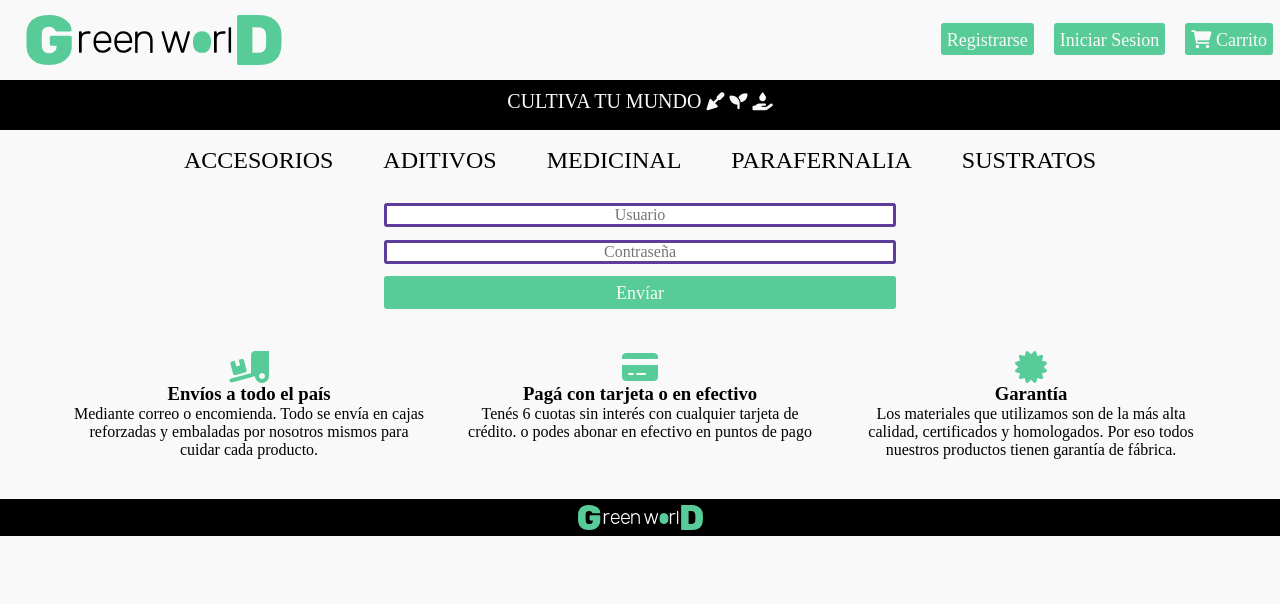
Repository: francoG98/grupo_9_Green_World
Page: source/views/login.html
These files come from the project's save history. The page is drawn as it stood at one moment and after the next save; the edit follows.
The browser window is 1280 px wide. The pictures show the whole page.
Some web fonts or font styles are not loaded; a fallback is used. Some web libraries are served in a nearby version.

Above is the page before, as saved 2022-06-24 20:32:45.

After the next save:
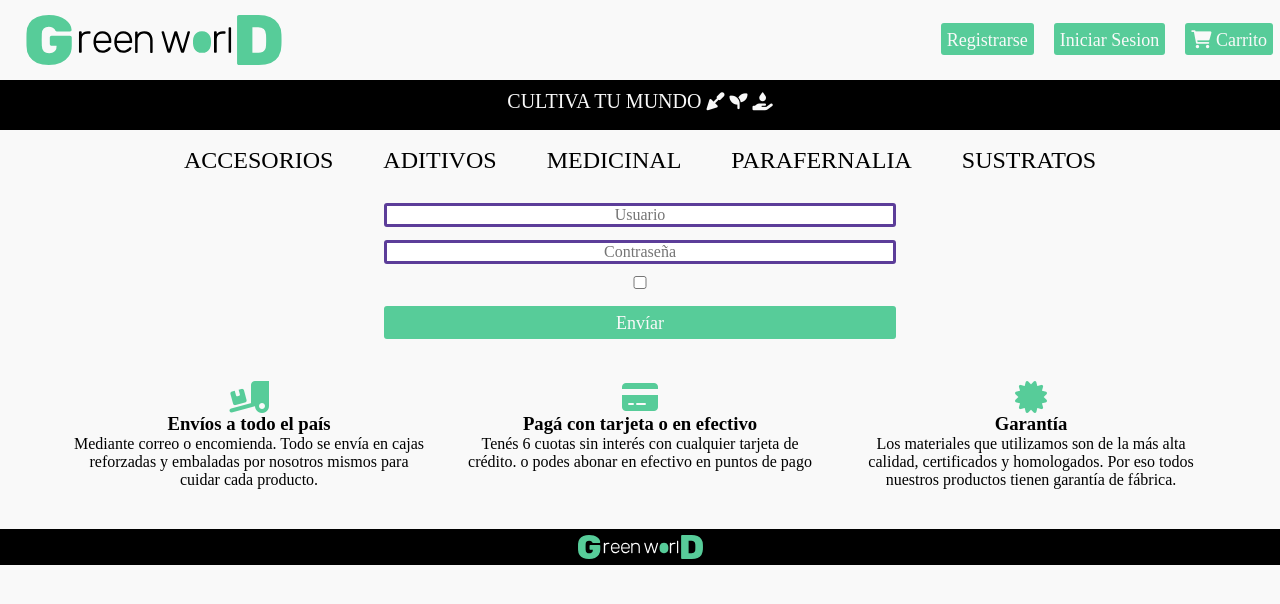
Saved 2 h 28 min later.
--- a/source/views/login.html
+++ b/source/views/login.html
@@ -59,6 +59,9 @@
             <p>
                 <input type='password' name='password' placeholder='Contraseña' required>
             </p>
+            <p>
+                <input type='checkbox' name='mantener-sesion'>
+            </p>
             <a href="./home.html"><button type="submit" name="registrar"> Envíar </button></a>
            </form>
     </main>
